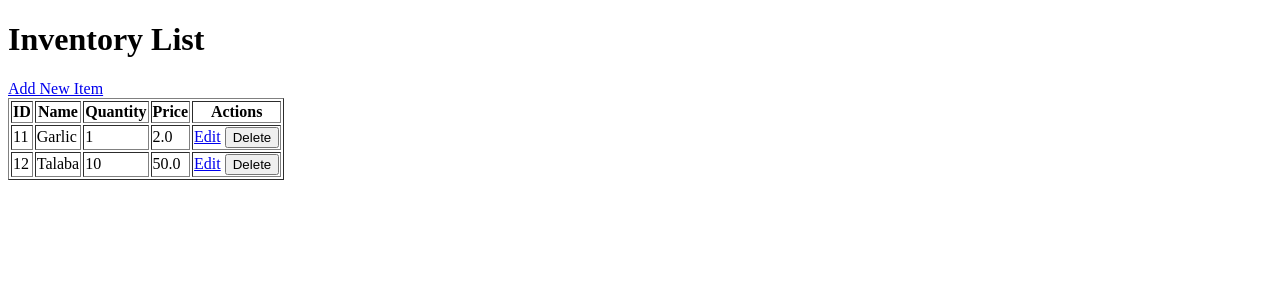
Repository: Stoldark/PLMUN
Page: http://localhost/
The author's editor kept a copy of each file at every save. The page is drawn from the files as they stood at one save, then again after the next save.
The browser window is 1280 px wide. The pictures show the whole page.
The page is served by the project's application, run on Flask 3 (tempCodeRunnerFile.py). The user the application loads for id 1 is signed in. The page reads the database file committed with the project.

Above is the page before, as saved 2024-09-07 22:09:16.

### templates/index.html
<!DOCTYPE html>
<html lang="en">
<head>
    <meta charset="UTF-8">
    <meta name="viewport" content="width=device-width, initial-scale=1.0">
    <title>Inventory</title>
</head>
<body>
    <h1>Inventory List</h1>
    <a href="{{ url_for('add_item') }}">Add New Item</a>

    <table border="1">
        <thead>
            <tr>
                <th>ID</th>
                <th>Name</th>
                <th>Quantity</th>
                <th>Price</th>
                <th>Actions</th>
            </tr>
        </thead>
        <tbody>
            {% for item in items %}
            <tr>
                <td>{{ item.id }}</td>
                <td>{{ item.name }}</td>
                <td>{{ item.quantity }}</td>
                <td>{{ item.price }}</td>
                <td>
                    <a href="{{ url_for('edit_item', id=item.id) }}">Edit</a>
                    <form action="{{ url_for('delete_item', id=item.id) }}" method="post" style="display:inline;">
                        <button type="submit">Delete</button>
                    </form>
                </td>
            </tr>
            {% endfor %}
        </tbody>
    </table>
</body>
</html>

### tempCodeRunnerFile.py
from flask import Flask, render_template, request, redirect, session, url_for, flash, jsonify
from flask_wtf import FlaskForm
from wtforms import StringField, PasswordField, SubmitField
from wtforms.validators import DataRequired, Length
from flask_bcrypt import Bcrypt
from flask_login import LoginManager, UserMixin, login_user, logout_user, login_required, current_user
import sqlite3
import os

# Initialize Flask app
app = Flask(__name__)

# Set the secret key for session management
app.config['SECRET_KEY'] = 'your_secret_key'  # Change this to a secure key

# Initialize extensions
bcrypt = Bcrypt(app)
login_manager = LoginManager(app)
login_manager.login_view = 'login'

# Database connection function
def get_db_connection():
    conn = sqlite3.connect('inventory.db')
    conn.row_factory = sqlite3.Row
    return conn

# User model for Flask-Login
class User(UserMixin):
    def __init__(self, id, username, role):
        self.id = id
        self.username = username
        self.role = role

# User loader for Flask-Login
@login_manager.user_loader
def load_user(user_id):
    conn = get_db_connection()
    user = conn.execute('SELECT * FROM users WHERE id = ?', (user_id,)).fetchone()
    conn.close()
    if user:
        return User(user['id'], user['username'], user['role'])
    return None

# Registration form
class RegistrationForm(FlaskForm):
    username = StringField('Username', validators=[DataRequired(), Length(min=4, max=25)])
    password = PasswordField('Password', validators=[DataRequired(), Length(min=6, max=35)])
    role = StringField('Role', validators=[DataRequired()])
    submit = SubmitField('Register')

# Login form
class LoginForm(FlaskForm):
    username = StringField('Username', validators=[DataRequired()])
    password = PasswordField('Password', validators=[DataRequired()])
    submit = SubmitField('Login')

# Route to show inventory items
@app.route('/')
@login_required
def index():
    conn = get_db_connection()
    items = conn.execute('SELECT * FROM items').fetchall()
    conn.close()
    return render_template('index.html', items=items)

# Route to add an item
@app.route('/add', methods=('GET', 'POST'))
@login_required
def add_item():
    if request.method == 'POST':
        name = request.form['name']
        quantity = request.form['quantity']
        price = request.form['price']

        conn = get_db_connection()
        conn.execute('INSERT INTO items (name, quantity, price) VALUES (?, ?, ?)',
                     (name, quantity, price))
        conn.commit()
        conn.close()

        return redirect('/')
    return render_template('add.html')

# Route to edit an item
@app.route('/edit/<int:id>', methods=('GET', 'POST'))
@login_required
def edit_item(id):
    conn = get_db_connection()
    item = conn.execute('SELECT * FROM items WHERE id = ?', (id,)).fetchone()

    if request.method == 'POST':
        name = request.form['name']
        quantity = request.form['quantity']
        price = request.form['price']
        conn.execute('UPDATE items SET name = ?, quantity = ?, price = ? WHERE id = ?',
                     (name, quantity, price, id))
        conn.commit()
        conn.close()
        return redirect('/')

    conn.close()
    return render_template('edit.html', item=item)

# Route to delete an item
@app.route('/delete/<int:id>', methods=['POST'])
@login_required
def delete_item(id):
    conn = get_db_connection()
    conn.execute('DELETE FROM items WHERE id = ?', (id,))
    conn.commit()
    conn.close()
    return redirect('/')

# Registration route
@app.route('/register', methods=['GET', 'POST'])
def register():
    form = RegistrationForm()
    if form.validate_on_submit():
        username = form.username.data
        password = bcrypt.generate_password_hash(form.password.data).decode('utf-8')
        role = form.role.data

        conn = get_db_connection()
        conn.execute('INSERT INTO users (username, password, role) VALUES (?, ?, ?)',
                     (username, password, role))
        conn.commit()
        conn.close()

        flash('Registration successful! You can now log in.')
        return redirect(url_for('login'))
    return render_template('register.html', form=form)

# Login route
@app.route('/login', methods=['GET', 'POST'])
def login():
    form = LoginForm()
    if form.validate_on_submit():
        username = form.username.data
        password = form.password.data

        conn = get_db_connection()
        user = conn.execute('SELECT * FROM users WHERE username = ?', (username,)).fetchone()
        conn.close()

        if user and bcrypt.check_password_hash(user['password'], password):
            login_user(User(user['id'], user['username'], user['role']))
            return redirect('/')
        else:
            flash('Login Unsuccessful. Please check your username and password', 'danger')

    return render_template('login.html', form=form)

# Logout route
@app.route('/logout')
@login_required
def logout():
    logout_user()
    return redirect(url_for('index'))

# API Endpoint to get inventory items
@app.route('/api/items', methods=['GET'])
@login_required
def api_get_items():
    conn = get_db_connection()
    items = conn.execute('SELECT * FROM items').fetchall()
    conn.close()
    return jsonify([dict(item) for item in items])

# API Endpoint to add an item
@app.route('/api/items', methods=['POST'])
@login_required
def api_add_item():
    data = request.get_json()
    name = data.get('name')
    quantity = data.get('quantity')
    price = data.get('price')

    conn = get_db_connection()
    conn.execute('INSERT INTO items (name, quantity, price) VALUES (?, ?, ?)',
                 (name, quantity, price))
    conn.commit()
    conn.close()

    return jsonify({'message': 'Item added successfully'}), 201

# API Endpoint to update an item
@app.route('/api/items/<int:id>', methods=['PUT'])
@login_required
def api_update_item(id):
    data = request.get_json()
    name = data.get('name')
    quantity = data.get('quantity')
    price = data.get('price')

    conn = get_db_connection()
    conn.execute('UPDATE items SET name = ?, quantity = ?, price = ? WHERE id = ?',
                 (name, quantity, price, id))
    conn.commit()
    conn.close()

    return jsonify({'message': 'Item updated successfully'})

# API Endpoint to delete an item
@app.route('/api/items/<int:id>', methods=['DELETE'])
@login_required
def api_delete_item(id):
    conn = get_db_connection()
    conn.execute('DELETE FROM items WHERE id = ?', (id,))
    conn.commit()
    conn.close()

    return jsonify({'message': 'Item deleted successfully'})

# Run the app
if __name__ == "__main__":
    port = int(os.environ.get("PORT", 10000))  # Use PORT environment variable or default to 10000
    app.run(host="0.0.0.0", port=port, debug=True)

### inventory.db (the tables this page reads, as SQL)
CREATE TABLE items (
        id INTEGER PRIMARY KEY AUTOINCREMENT,
        name TEXT NOT NULL,
        quantity INTEGER NOT NULL,
        price REAL NOT NULL
    );
INSERT INTO "items" VALUES
(11, 'Garlic', 1, 2.0),
(12, 'Talaba', 10, 50.0);

CREATE TABLE users (
        id INTEGER PRIMARY KEY AUTOINCREMENT,
        username TEXT NOT NULL UNIQUE,
        password TEXT NOT NULL,
        role TEXT NOT NULL
    );
INSERT INTO "users" VALUES
(1, 'Stoldark', '$2b$12$i0Mqa5cea8pBbFSinmIz..4VJgBXWnnDkYt3rAqvmVrgWCwBsXl4O', 'Admin'),
(2, 'Eric', '$2b$12$5BeYiRheo2DNLGpAIdDfIu/9jeemr9oTFF9FkywKS857V6zqEPPLe', 'Admin'),
(3, 'Kalbo', '$2b$12$T4oBcnexPmFyclvAoOqXEOpTToENOdoxSlpFfb4sIZypqMPj9xq5a', 'Tester'),
(4, 'Panot', '$2b$12$c2CZ9X/TyyBEVZsK3EdareqkeAU/5fhJbGQMReyKLPc/TcnwLLZCS', 'Tester');

After the next save:
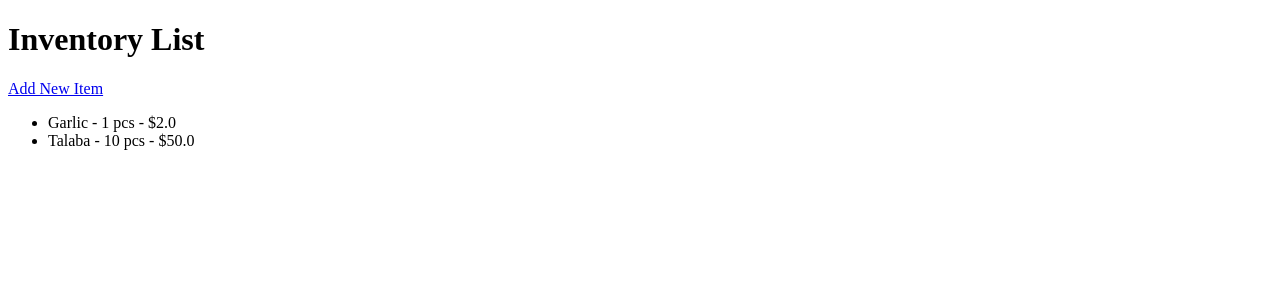
Saved 38 s later.
--- a/templates/index.html
+++ b/templates/index.html
@@ -3,38 +3,15 @@
 <head>
     <meta charset="UTF-8">
     <meta name="viewport" content="width=device-width, initial-scale=1.0">
-    <title>Inventory</title>
+    <title>Inventory Management</title>
 </head>
 <body>
     <h1>Inventory List</h1>
-    <a href="{{ url_for('add_item') }}">Add New Item</a>
-
-    <table border="1">
-        <thead>
-            <tr>
-                <th>ID</th>
-                <th>Name</th>
-                <th>Quantity</th>
-                <th>Price</th>
-                <th>Actions</th>
-            </tr>
-        </thead>
-        <tbody>
-            {% for item in items %}
-            <tr>
-                <td>{{ item.id }}</td>
-                <td>{{ item.name }}</td>
-                <td>{{ item.quantity }}</td>
-                <td>{{ item.price }}</td>
-                <td>
-                    <a href="{{ url_for('edit_item', id=item.id) }}">Edit</a>
-                    <form action="{{ url_for('delete_item', id=item.id) }}" method="post" style="display:inline;">
-                        <button type="submit">Delete</button>
-                    </form>
-                </td>
-            </tr>
-            {% endfor %}
-        </tbody>
-    </table>
+    <a href="/add">Add New Item</a>
+    <ul>
+        {% for item in items %}
+            <li>{{ item.name }} - {{ item.quantity }} pcs - ${{ item.price }}</li>
+        {% endfor %}
+    </ul>
 </body>
 </html>
